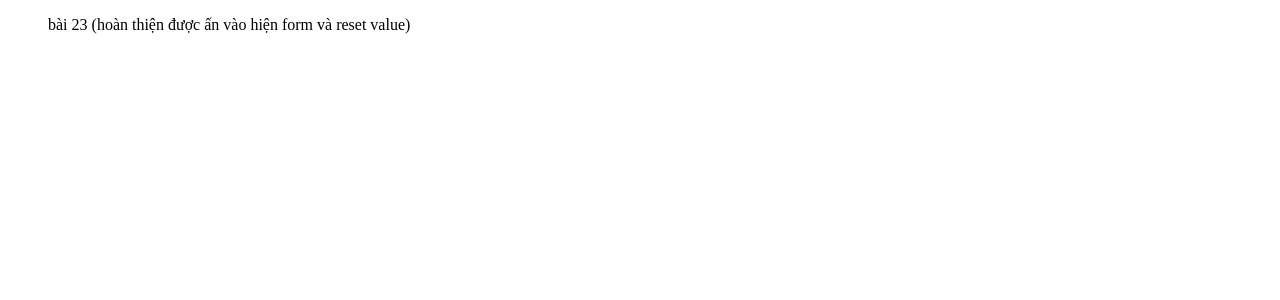
Repository: Dongnguyen318/Quydong
Page: index.html
These files come from the project's save history. The page is drawn as it stood at one moment and after the next save; the edit follows.
The browser window is 1280 px wide. The pictures show the whole page.

Above is the page before, as saved 2023-09-09 23:40:31.

After the next save:
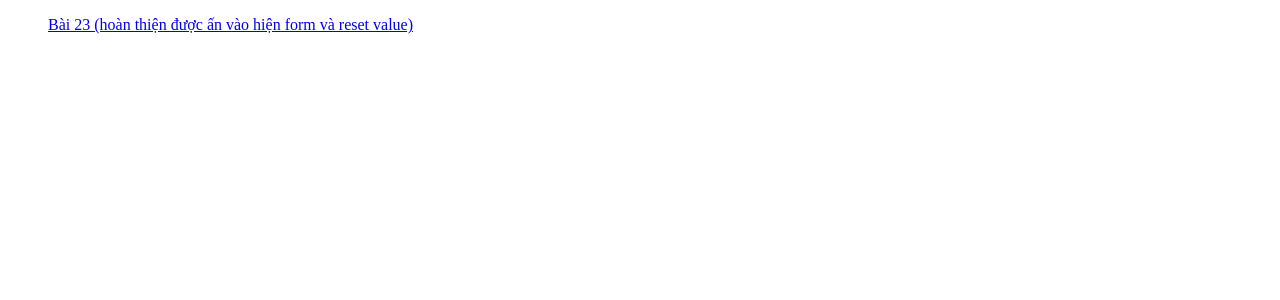
Saved 83 s later.
--- a/index.html
+++ b/index.html
@@ -7,7 +7,7 @@
   </head>
   <body>
     <ul>
-      <a src="./Day 23/index.html">bài 23 (hoàn thiện được ấn vào hiện form và reset value)</a>
+      <a href="./Day 23/index.html">Bài 23 (hoàn thiện được ấn vào hiện form và reset value)</a>
 
   </body>
 </html>
